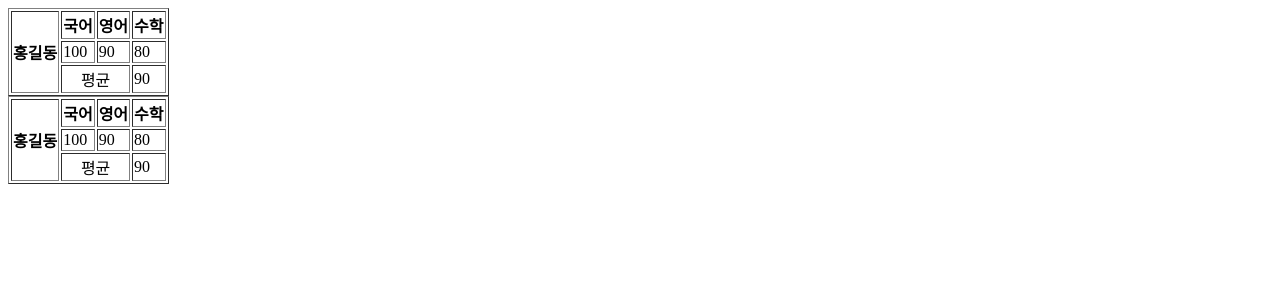
Repository: usonihs/StudyX
Page: JSP/HTML/src/main/webapp/Lec04.html
An editor plug-in stored every save of this project. The page is shown before and after the next save, followed by the edit.
The browser window is 1280 px wide. The pictures show the whole page.

Above is the page before, as saved 2022-10-19 05:11:30.

### JSP/HTML/src/main/webapp/Lec04.html
<!DOCTYPE html>
<html>
<head>
<meta charset="UTF-8">
<title>Table Tag</title>
</head>
<body>
	<table border="1">
		<tr>
			<th rowspan="3">홍길동</th>
			<th>국어</th>
			<th>영어</th>
			<th>수학</th>
		</tr>
		<tr>
			<td>100</td>
			<td>90</td>
			<td>80</td>
		</tr>
		<tr>
			<td colspan="2" align="center">평균</td>
			<td>90</td>
		</tr>
	</table>

	<table border="1">
		<tr>
			<th rowspan="3">홍길동</th>
			<th>국어</th>
			<th>영어</th>
			<th>수학</th>
		</tr>
		<tr>
			<td>100</td>
			<td>90</td>
			<td>80</td>
		</tr>
		<tr>
			<td colspan="2" align="center">평균</td>
			<td>90</td>
		</tr>
	</table>
</body>
</html>

After the next save:
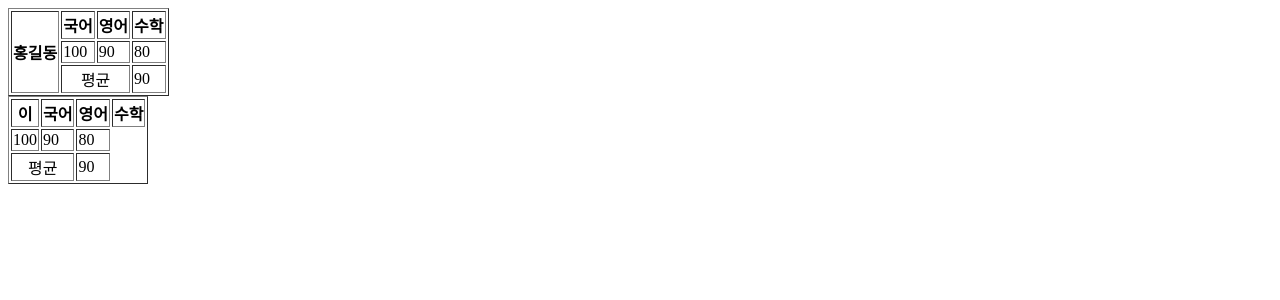
Saved 15 s later.
--- a/JSP/HTML/src/main/webapp/Lec04.html
+++ b/JSP/HTML/src/main/webapp/Lec04.html
@@ -25,7 +25,7 @@
 
 	<table border="1">
 		<tr>
-			<th rowspan="3">홍길동</th>
+			<th>이</th>
 			<th>국어</th>
 			<th>영어</th>
 			<th>수학</th>
